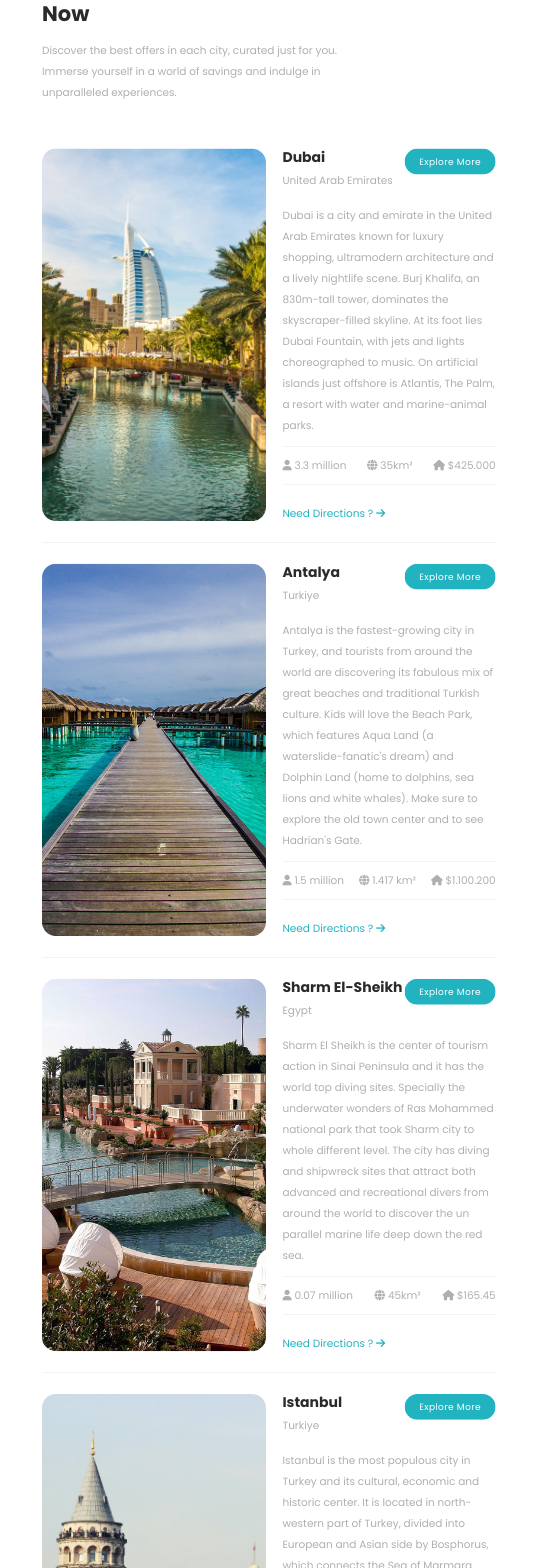
Repository: asadbekdev07/asadbekdev-zamontour-react
Page: /
The author's editor kept a copy of each file at every save. The page is drawn from the files as they stood at one save, then again after the next save.
The browser window is 768 px wide. The pictures show the part of the page from y = 3945 to 6185 px (the page is 6479 px tall), at 70% of full size.
The project was rebuilt for these pictures with package versions that can differ from the ones it lists, and the page was loaded fresh each time. Also part of the build but not shown: vite.config.js.

Above is the page before, as saved 2024-05-26 20:07:44.

After the next save:
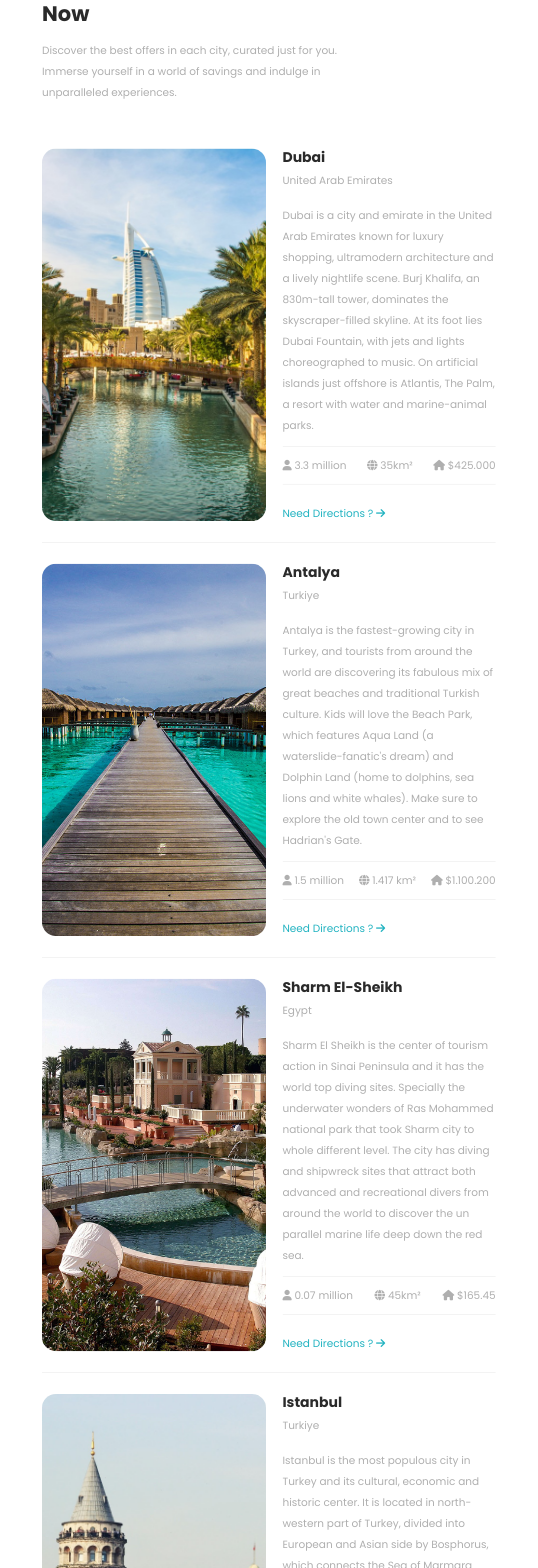
Saved 25 s later.
--- a/src/assets/styles/index.css
+++ b/src/assets/styles/index.css
@@ -851,7 +851,7 @@ select:-webkit-autofill:focus {
 }
 
 @media only screen and (max-width: 850px) {
-  .visit--button {
+  .button__wrapper--visit {
     display: none;
   }
 }
